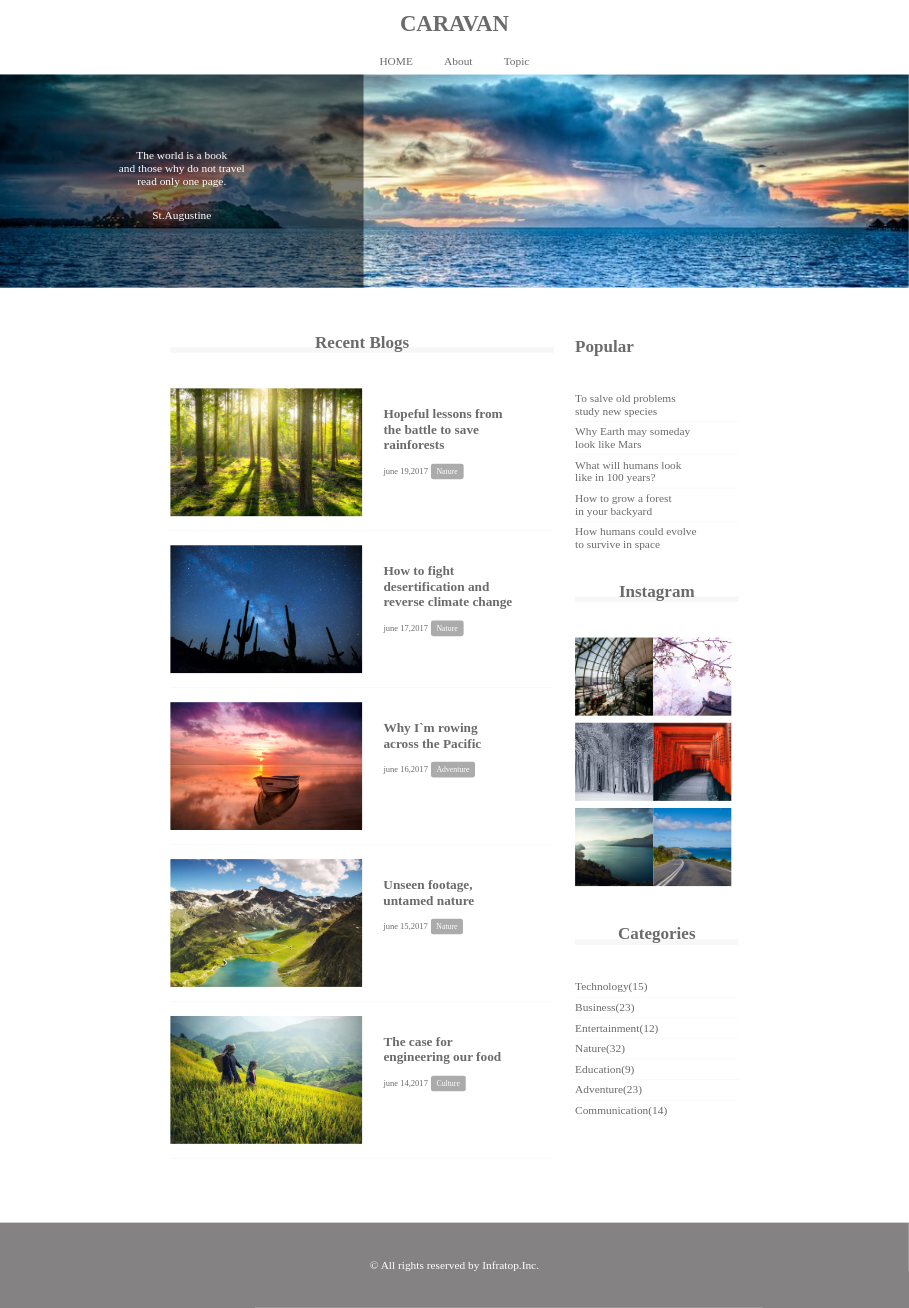
Repository: TACAMP/caravan
Page: caravan/index.html
The author's editor kept a record of every edit. The page is drawn from the files as they stood at one moment, then again after the next edit.
The browser window is 1280 px wide. The pictures show the whole page, at 71% of full size.

Above is the page before.

After the next edit:
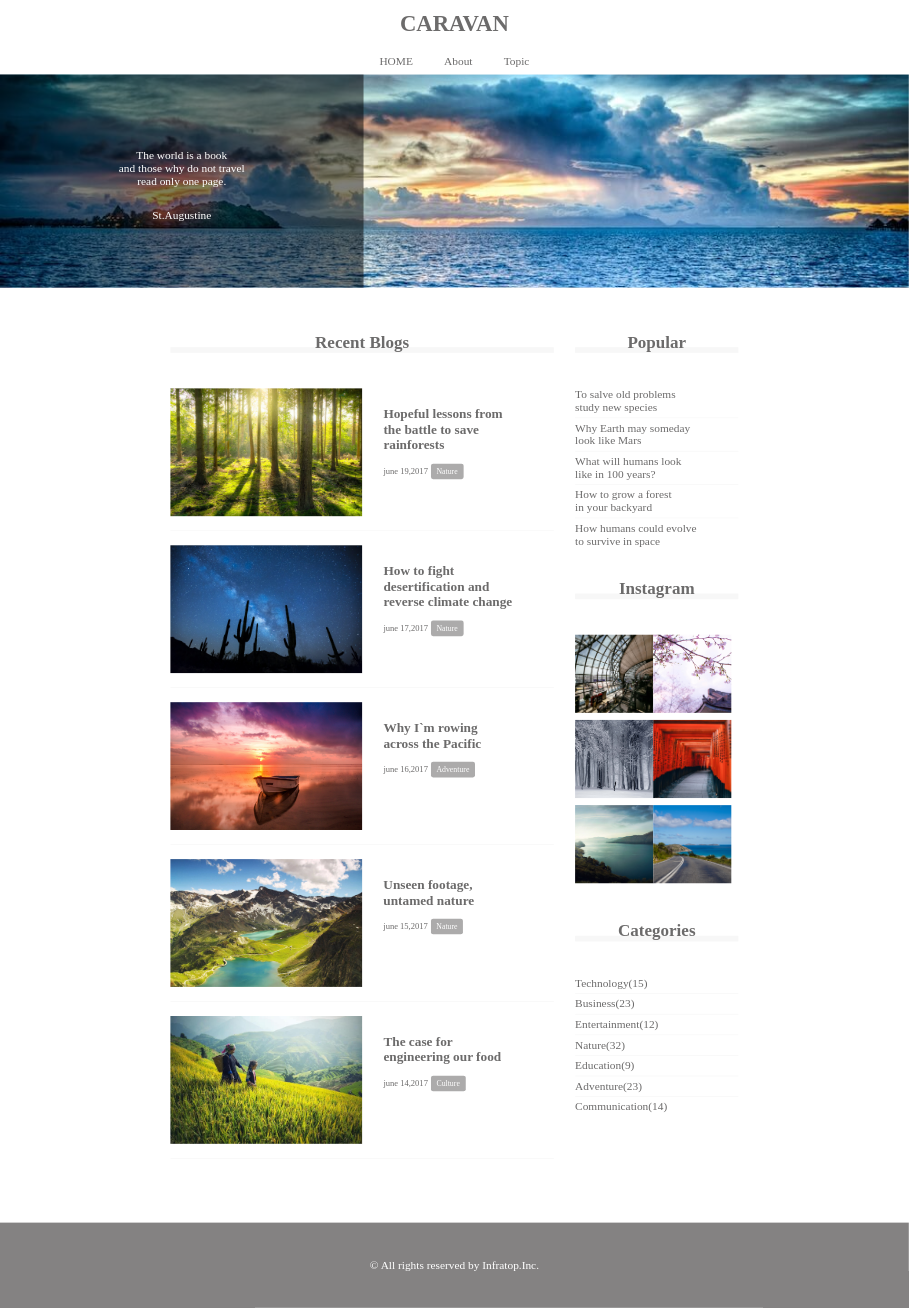
The edit:
--- a/caravan/index.html
+++ b/caravan/index.html
@@ -113,7 +113,7 @@
       </section>
       <div class="sidebar">
         <section class="popular">
-          <h2 class="popular-heading common heading">Popular</h2>
+          <h2 class="popular-heading common-heading">Popular</h2>
           <div class="sidebar-contents">
             <p class="popular-text">To salve old problems<br>study new species</p>
             <p class="popular-text">Why Earth may someday<br>look like Mars</p>
